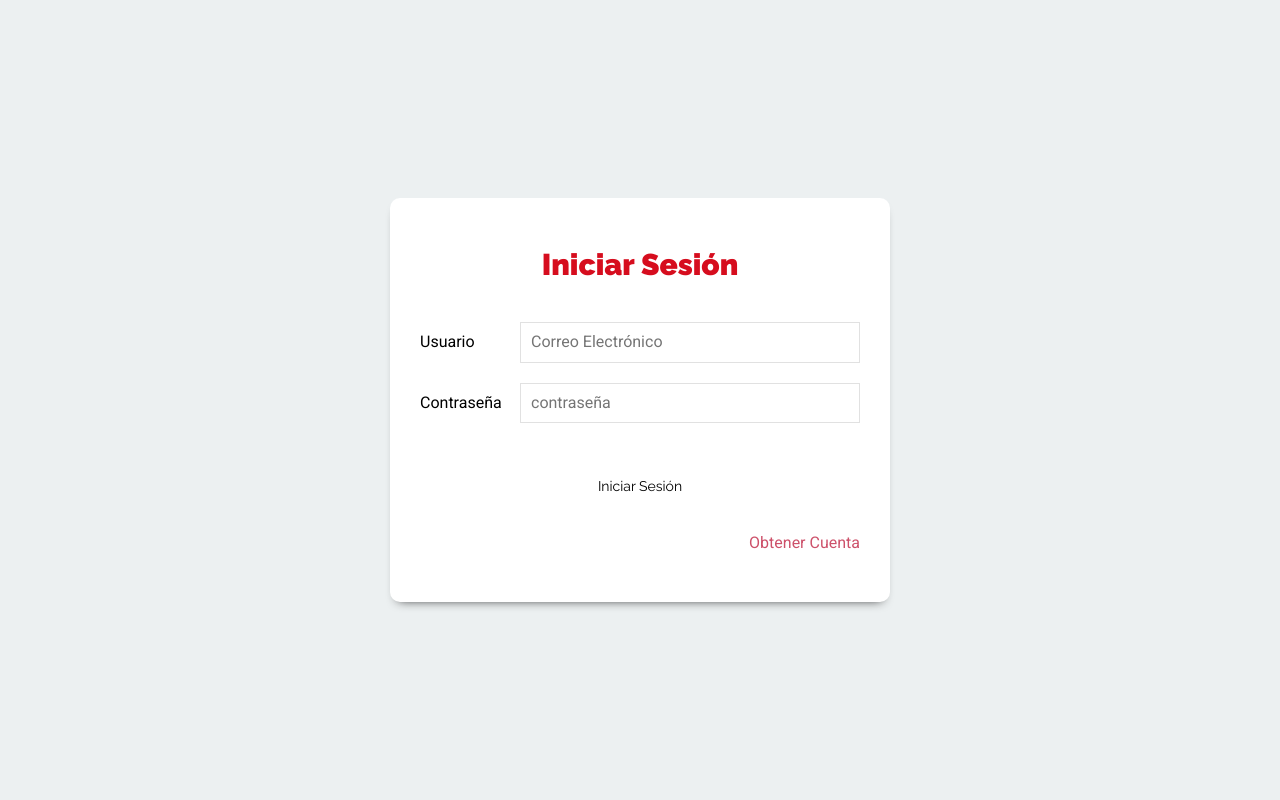
Repository: andrescovarrubias/admin-proyectos
Page: / (app in cliente/)
These files come from the project's save history. The page is drawn as it stood at one moment and after the next save; the edit follows.
The browser window is 1280 px wide. The pictures show the whole page.
The project was rebuilt for these pictures with package versions that can differ from the ones it lists, and the page was loaded fresh each time. Also part of the build but not shown: cliente/src/components/auth/NuevaCuenta.jsx, cliente/src/components/proyectos/NuevoProyecto.jsx, cliente/src/components/layout/SideBar.jsx, cliente/src/components/proyectos/Proyectos.jsx.

Above is the page before, as saved 2020-10-31 17:47:20.

After the next save:
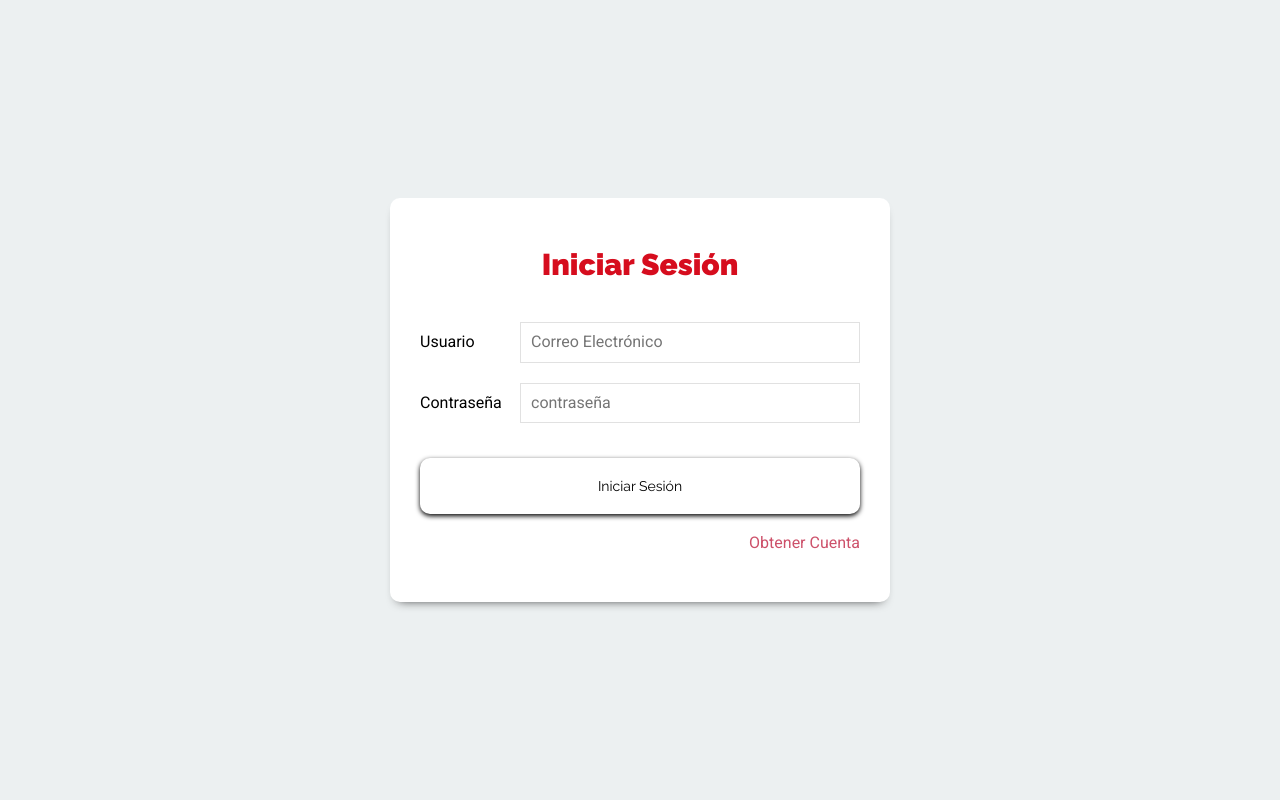
Saved 4 s later.
--- a/cliente/src/index.css
+++ b/cliente/src/index.css
@@ -67,7 +67,7 @@ a {
   /* font-weight: bold; */
   border-radius: 10px;
   border: none;
-  box-shadow: 0 2 5px 0px black;
+  box-shadow: 0 2px 5px 0px black;
   transition: background-color 0.3s ease;
 }
 .btn:hover {
